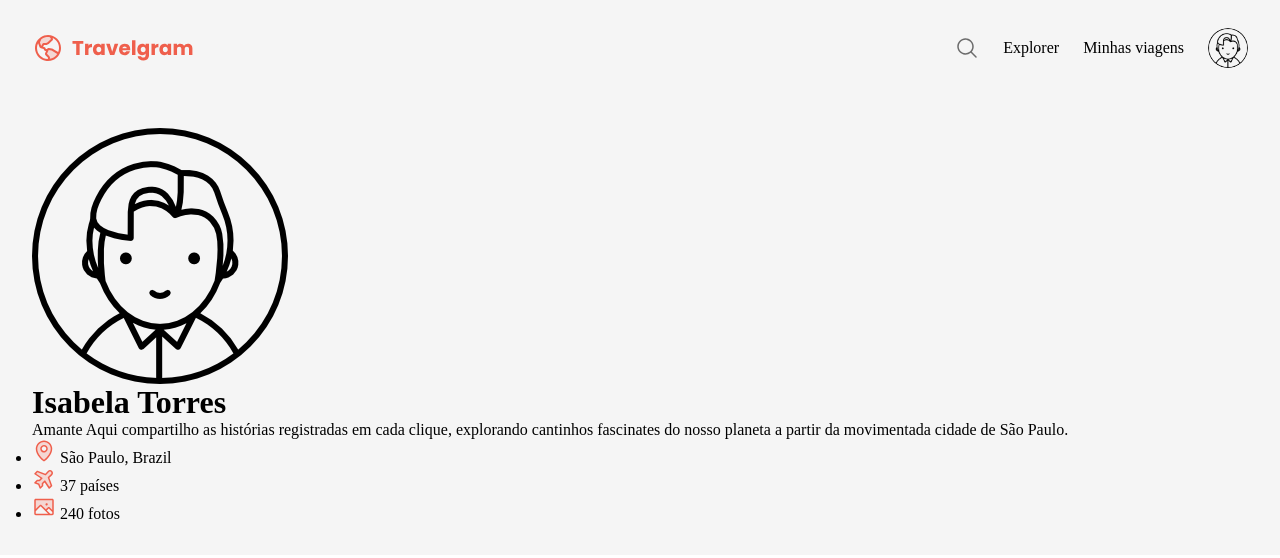
Repository: JeffRodFer/projeto-Travelgran-Rockeseat
Page: index.html
An editor plug-in stored every save of this project. The page is shown before and after the next save, followed by the edit.
The browser window is 1280 px wide. The pictures show the whole page.

Above is the page before, as saved 2025-03-22 15:01:43.

### index.html
<!DOCTYPE html>
<html lang="pt-br">
    <head>

        <link rel="preconnect" href="https://fonts.googleapis.com">
        <link rel="preconnect" href="https://fonts.gstatic.com" crossorigin>
        <meta charset="UTF-8">
        <meta name="viewport" content="width=device-width, initial-scale=1.0">
        <title>travelgran | Perfil de viagens</title>
        <link rel="stylesheet" href="styles/index.css">
        <link href="https://fonts.googleapis.com/css2?family=Bree+Serif&family=Poppins:wght@400;700&display=swap" rel="stylesheet">

    </head>
    <body>
         <div class="bg-surface-color">
                <nav class="container">
                        <a href="#" id="logo">
                        <img src="assets/Logo.svg" alt="logomarca">
                        </a>
                    <ul id="primary-menu">
                        <li>
                            <a href="#">
                                <img src="assets/icons/MagnifyingGlass.svg" alt="ícone de lupa">
                            </a>
                        </li>
                        <li><a href="#">Explorer</a></li>
                        <li><a href="#">Minhas viagens</a></li>
                        <li><a href="#">
                            <img src="assets/profi-pic-2.png" alt="foto de perfil do boy">
                            </a>
                        </li>
                    </ul
                </nav>
         </div>
         <div>
                <header class="bg-surface-color">
                    <div class="container">
                        <div id="profile">
                            <img src="assets/profi-pic-2.png" alt="imagem do boy">
                        </div>
                        <div>
                            <h1>Isabela Torres</h1>
                            <p>
                                Amante Aqui compartilho as histórias registradas em cada clique, explorando cantinhos fascinates do nosso planeta a partir da movimentada cidade de São Paulo.
                            </p>
                        </div>
                            <ul id="info">
                                <li>
                                    <img src="assets/icons/MapPin.svg" alt="ícone de mapa">
                                    <span>São Paulo, Brazil</span>
                                </li>
                                <li>
                                    <img src="assets/icons/AirplaneTilt.svg" alt="ícone de avião">
                                    <span>37 países</span>
                                </li>
                                <li>
                                    <img src="assets/icons/Image.svg" alt="ícone de fotos">
                                    <span>240 fotos</span>
                                </li>
                            </ul>
                    </div>
                </header>
        </div>
    </body>


</html>

### styles/global.css
* {
    margin: 0;
    padding: 0;
    box-sizing: border-box;
}
:root {
--brand-color: #ef5f4c;
--background-color: #ffffff;
--surface-color: #f5f5f5;
--skeleton-color: #d9d9d9;
--shape-transparent: #ffffff8f;
--text-color-primary: #313131;
--text-color-secondary: #6c6c6c:

--font-family: "Poppins" , sans-serif;
--text-lg: bold 32px/125% var(--font-family);
--text: 16px/1.5 var(--font-family);
--text-md: 14px/175% var(--font-family);
--text-sm: 12px/175% var(--font-family);

}
body {
    font: var(--text);
    color: var(--text-color-secondary);
    background-color: var(--background-color);
}
a {
    text-decoration: none;
    color: inherit;
}
a:hover {
    color: var(--brand-color);
    text-decoration: underline;
}

.container {
    padding-inline: 32px;
    margin-inline: auto;
}

.bg-surface-color {
    background-color: var(--surface-color);
}

### styles/nav.css
nav {
    display: flex;
    justify-content: space-between;
    align-items: center;

    line-height: 0;
    padding-block: 20px;

}

nav ul {
    display: flex;
    list-style: none;
    align-items: center;
    gap: 24px;

    padding-block: 8px;;
}

nav ul li:last-child img {
    width: 40px;
    height: 40px;
    object-fit: cover;
    border-radius: 50%;
}

### styles/header.css
header {
    padding-block: 32px;
}

#profile {
    display: flex;
    gap: 32px;
}

#profile > div {
    max-width: 384px;
}

#profile h1 {
    font: var(--text-lg);
}

Loaded but not shown: styles/index.css (common file)

After the next save:
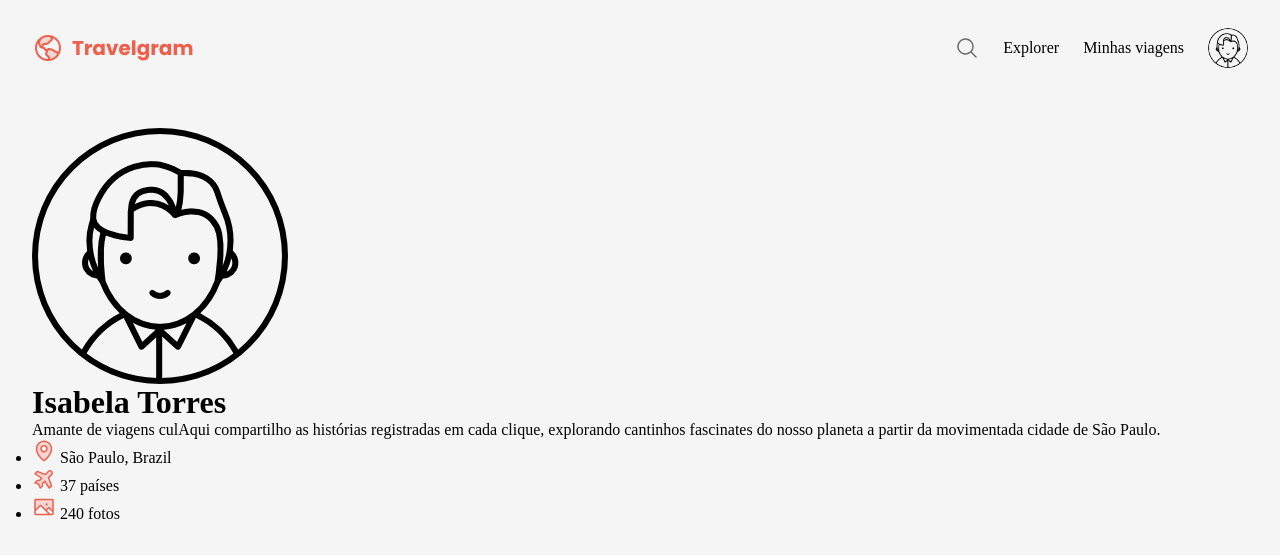
Saved 8 s later.
--- a/index.html
+++ b/index.html
@@ -41,7 +41,7 @@
                         <div>
                             <h1>Isabela Torres</h1>
                             <p>
-                                Amante Aqui compartilho as histórias registradas em cada clique, explorando cantinhos fascinates do nosso planeta a partir da movimentada cidade de São Paulo.
+                                Amante de viagens culAqui compartilho as histórias registradas em cada clique, explorando cantinhos fascinates do nosso planeta a partir da movimentada cidade de São Paulo.
                             </p>
                         </div>
                             <ul id="info">
